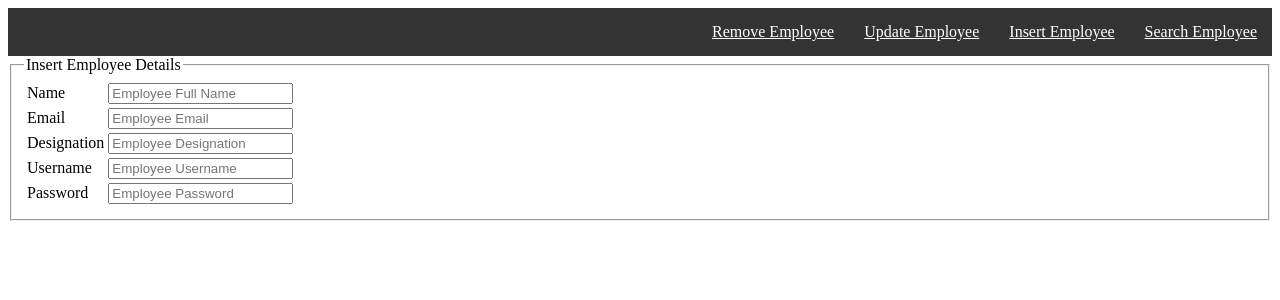
Repository: dannytayade1495/WEJM3
Page: http://localhost/mvcproject1/WEB-INF/views/insertEmployee.jsp
These files come from the project's save history. The page is drawn as it stood at one moment and after a run of saves; the edit follows.
The browser window is 1280 px wide. The pictures show the whole page.
The page is served by Tomcat 9. Nobody is signed in. The template is opened directly, without the code that normally fills it, so the values that code supplies are empty.

Above is the page before, as saved 2022-06-02 15:10:53.

After the next 2 saves:
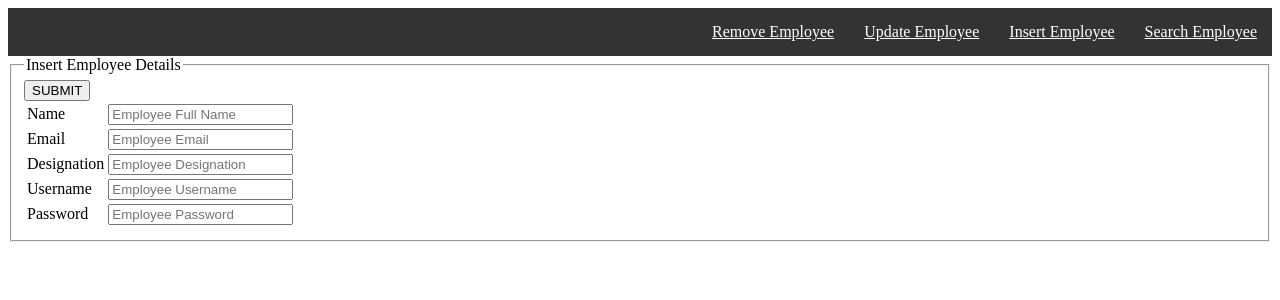
The 2 saves are shown as one change because they came seconds apart.
The last was saved 43 s later.
--- a/mvcproject1/src/main/webapp/WEB-INF/views/insertEmployee.jsp
+++ b/mvcproject1/src/main/webapp/WEB-INF/views/insertEmployee.jsp
@@ -37,7 +37,9 @@
 					<td><input type="text" name="password"
 						placeholder="Employee Password"></td>
 				</tr>
-				<tr style="float: none;"></tr>
+				<tr style="float: none;">
+					<input type="submit" value="SUBMIT">
+				</tr>
 			</table>
 		</form>
 	</fieldset>
